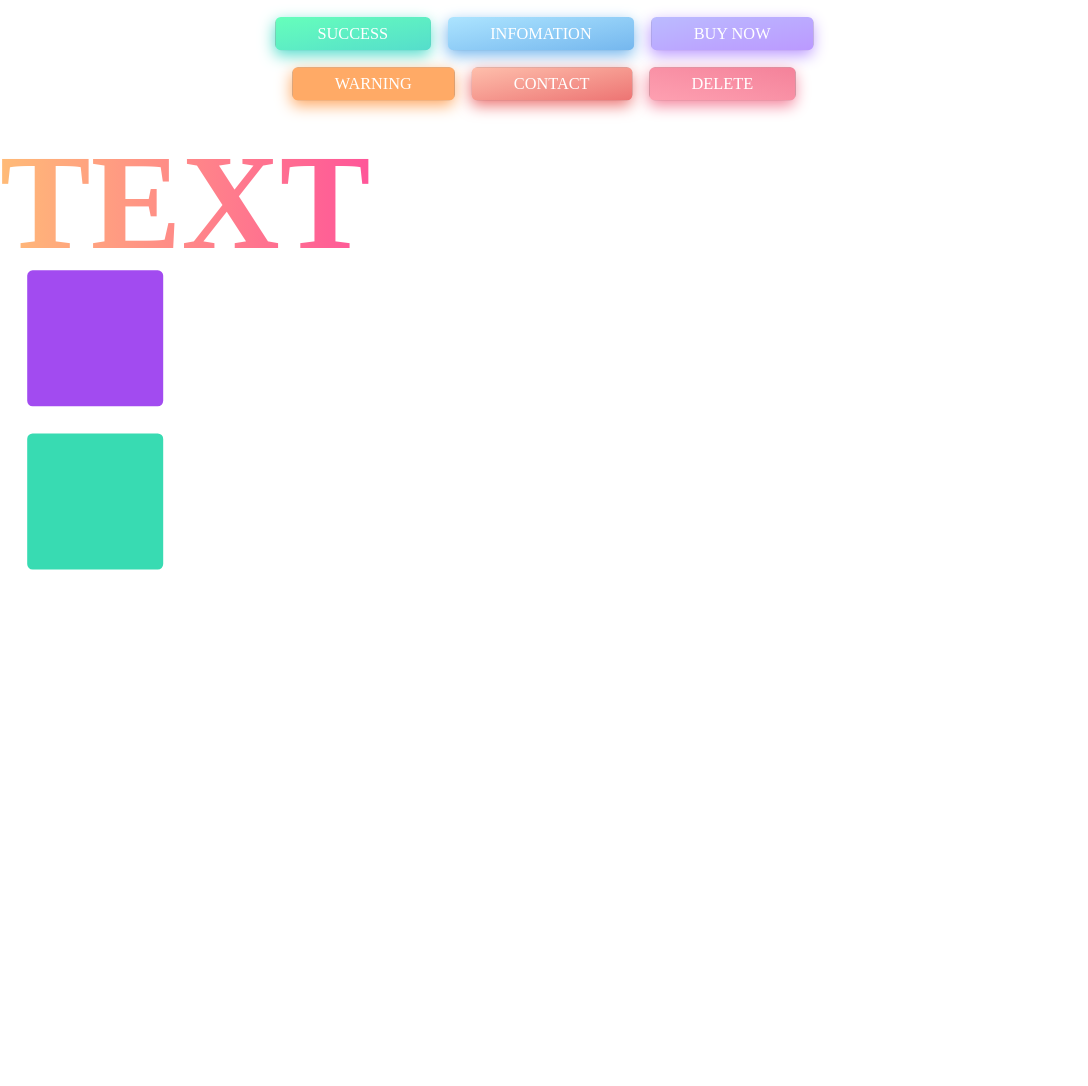
Repository: ThanhPhongsof/Css-Course
Page: index.html
An editor plug-in stored every save of this project. The page is shown before and after the next save, followed by the edit.
The browser window is 1280 px wide. The pictures show the whole page, at 85% of full size.

Above is the page before, as saved 2022-05-16 09:01:43.

After the next save:
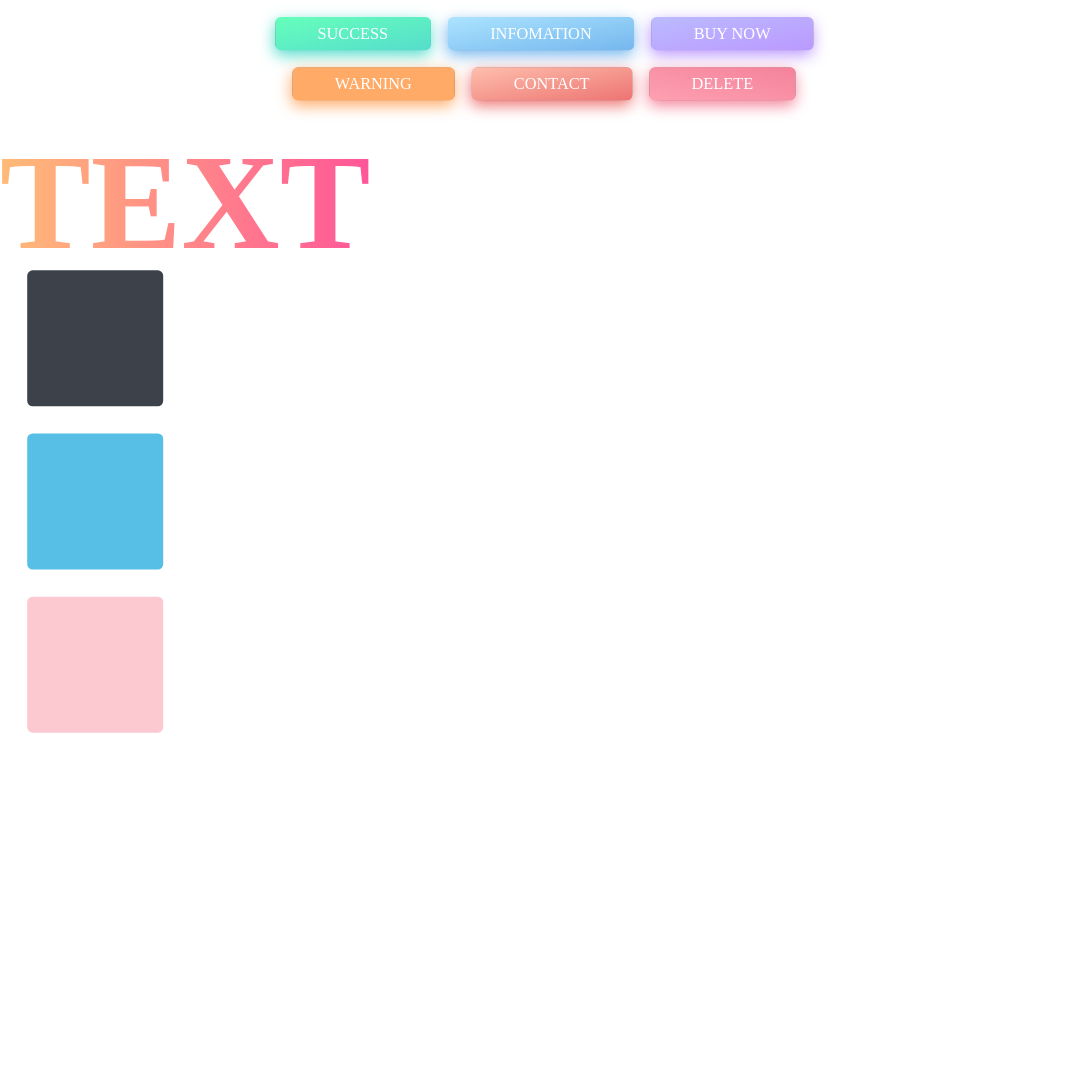
Saved 3 min 14 s later.
--- a/styles.css
+++ b/styles.css
@@ -80,9 +80,17 @@
 }
 
 .color__item:first-child {
-  background-color: #a24bf0;
+  background-color: #3d424a;
 }
 
 .color__item:nth-child(2) {
-  background-color: #38dbb2;
+  background-color: #57bee6;
 }
+
+.color__item:nth-child(3) {
+  background-color: #fcc9d1;
+}
+
+.color__item:last-child(2) {
+  background-color: #82a2ff;
+}
